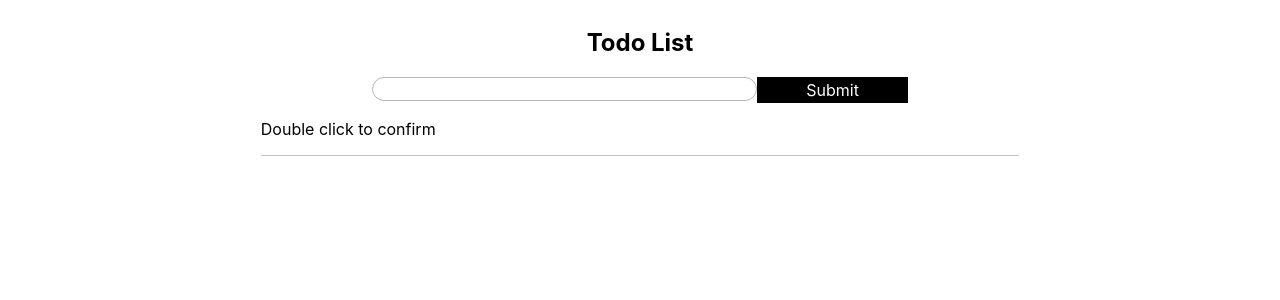
Repository: irenewuu/comp4130_checklist
Page: index.html
These files come from the project's save history. The page is drawn as it stood at one moment and after the next save; the edit follows.
The browser window is 1280 px wide. The pictures show the whole page.

Above is the page before, as saved 2022-01-12 15:19:49.

After the next save:
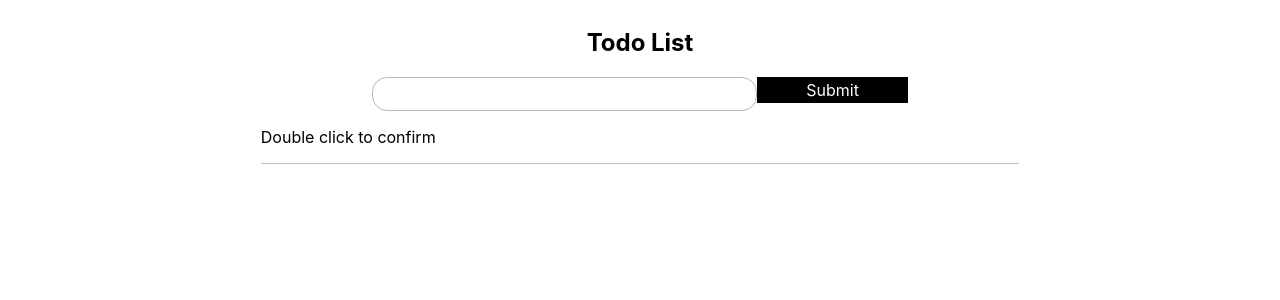
Saved 5 s later.
--- a/style.css
+++ b/style.css
@@ -23,7 +23,7 @@ form > span {
 }
 .text {
   width: 50%;
-  height: 20px;
+  height: 30px;
   border-radius: 15px;
   border: 1px solid rgb(182, 182, 182);
 }
